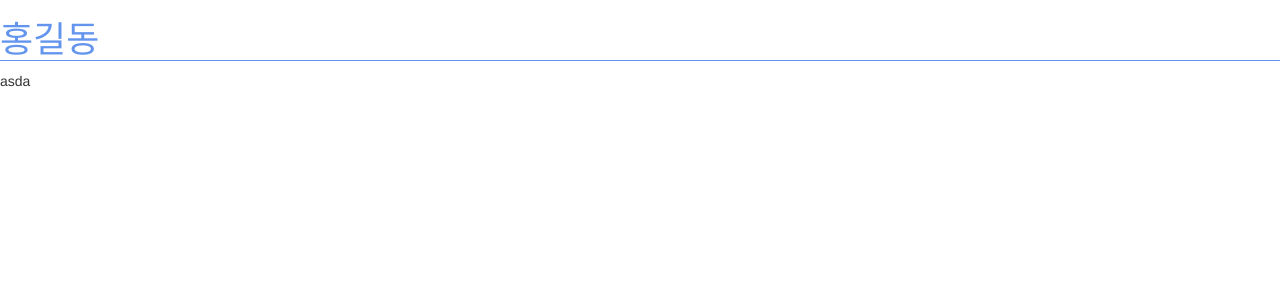
Repository: kimgyuseok/Server
Page: http://localhost/JSPTest/ex04.jsp
An editor plug-in stored every save of this project. The page is shown before and after the next save, followed by the edit.
The browser window is 1280 px wide. The pictures show the whole page.
The page is served by Tomcat 9.

Above is the page before, as saved 2022-01-06 02:49:47.

### JSPTest/src/main/webapp/ex04.jsp
<%@page import="java.util.Random"%>
<%@page import="java.util.Calendar"%>
<%@ page language="java" contentType="text/html; charset=UTF-8"
    pageEncoding="UTF-8"%>
<%
	String name="홍길동";
	int age = 20;
	String color = "cornflowerblue";
	String txt="asda";

%>
<!DOCTYPE html>
<html>
<head>
<meta charset="UTF-8">
<title>Insert title here</title>

<%@ include file="inc/asset.jsp" %>

<style>
	h1{
	border-bottom: 1px solid <%=color%>;
	}
</style>
</head>
<body>

	<h1 style="color: <%=color%>;" id="title"><%=name %></h1>

	<p><%= txt %></p>

	<%@ include file="inc/copyright.jsp"%>

</body>
</html>

### JSPTest/src/main/webapp/inc/asset.jsp
<%@ page language="java" contentType="text/html; charset=UTF-8"
    pageEncoding="UTF-8"%>
<!-- asset.jsp -->

<link rel="stylesheet" href="/jsp/asset/css/bootstrap.css">

<script src="/jsp/asset/js/jquery-1.12.4.js"></script>
<script src="/jsp/asset/js/bootstrap.js"></script>

### JSPTest/src/main/webapp/inc/copyright.jsp
<%@ page language="java" contentType="text/html; charset=UTF-8"
    pageEncoding="UTF-8"%>

<link rel="stylesheet" href="/jsp/asset/css/bootstrap.css">

<script src="/jsp/asset/js/jquery-1.12.4.js"></script>
<script src="/jsp/asset/js/bootstrap.js"></script>

Loaded but not shown: JSPTest/src/main/webapp/asset/css/bootstrap.css (library); JSPTest/src/main/webapp/asset/js/jquery-1.12.4.js (library); JSPTest/src/main/webapp/asset/js/bootstrap.js (library)

After the next save:
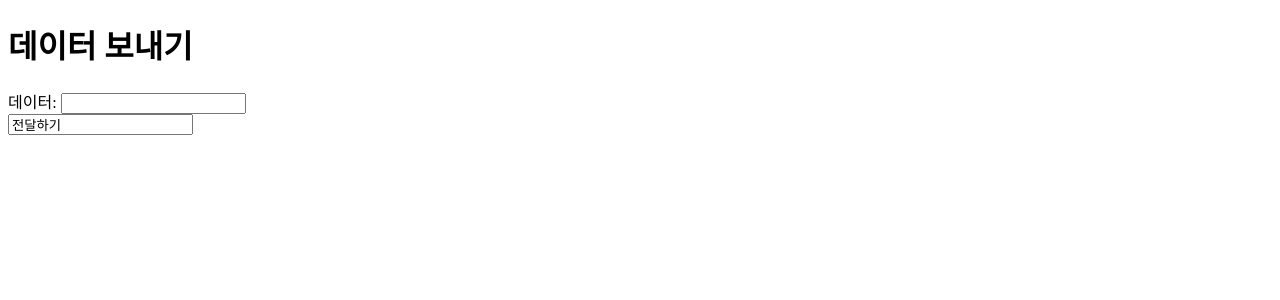
Saved 26 min 22 s later.
--- a/JSPTest/src/main/webapp/ex04.jsp
+++ b/JSPTest/src/main/webapp/ex04.jsp
@@ -1,35 +1,23 @@
-<%@page import="java.util.Random"%>
-<%@page import="java.util.Calendar"%>
+
 <%@ page language="java" contentType="text/html; charset=UTF-8"
     pageEncoding="UTF-8"%>
-<%
-	String name="홍길동";
-	int age = 20;
-	String color = "cornflowerblue";
-	String txt="asda";
 
-%>
 <!DOCTYPE html>
 <html>
 <head>
 <meta charset="UTF-8">
 <title>Insert title here</title>
-
-<%@ include file="inc/asset.jsp" %>
-
-<style>
-	h1{
-	border-bottom: 1px solid <%=color%>;
-	}
-</style>
 </head>
 <body>
+	<h1>데이터 보내기</h1>
 
-	<h1 style="color: <%=color%>;" id="title"><%=name %></h1>
+	<form method="POST" action="/jsp/ex03.jsp">
+		데이터: <input type="text" name="data">
+		<br>
+		<input type="sumbit" value="전달하기">
 
-	<p><%= txt %></p>
+	</form>
 
-	<%@ include file="inc/copyright.jsp"%>
 
 </body>
 </html>
